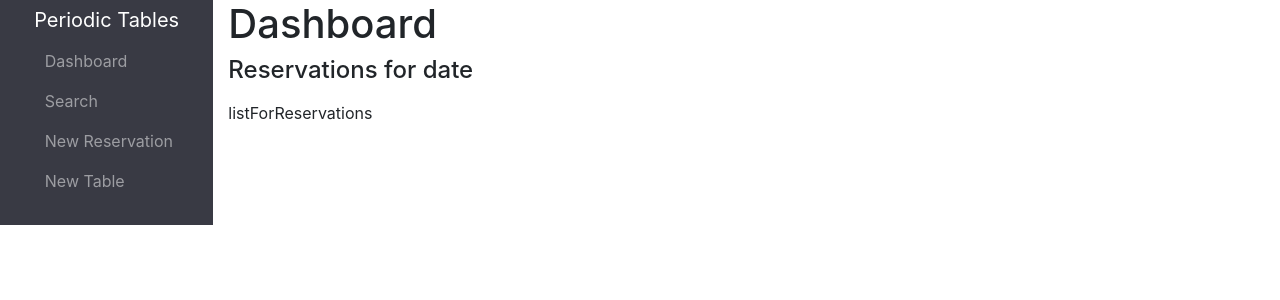
Repository: EMERIC237/resto-client
Page: /dashboard
The author's editor kept a copy of each file at every save. The page is drawn from the files as they stood at one save, then again after a run of saves.
The browser window is 1280 px wide. The pictures show the whole page.
The page's requests for data from a server got no answer. Some web fonts or font styles are not loaded; a fallback is used. The project was rebuilt for these pictures with package versions that can differ from the ones it lists, and the page was loaded fresh each time. No one was signed in, and anything a server would have sent is missing. Also part of the build but not shown: src/dashboard/Reservation.js, src/layout/ErrorAlert.js, src/layout/NotFound.js, src/reservations/ReservationForm.js, src/reservations/CreateReservation.js.

Above is the page before, as saved 2021-09-16 17:20:59.

### src/layout/Layout.js
import React from "react";
import Menu from "./Menu";
import Routes from "./Routes";

import "./Layout.css";

/**
 * Defines the main layout of the application.
 *
 * You will NOT need to make changes to this file.
 *
 * @returns {JSX.Element}
 */
function Layout() {
  return (
    <div className="container-fluid">
      <div className="row h-100">
        <div className="col-md-2 side-bar">
          <Menu />
        </div>
        <div className="col">
          <Routes />
        </div>
      </div>
    </div>
  );
}

export default Layout;

### src/layout/Menu.js
import React from "react";

import { Link } from "react-router-dom";

/**
 * Defines the menu for this application.
 *
 * @returns {JSX.Element}
 */

function Menu() {
  return (
    <nav className="navbar navbar-dark align-items-start p-0">
      <div className="container-fluid d-flex flex-column p-0">
        <Link
          className="navbar-brand d-flex justify-content-center align-items-center sidebar-brand m-0"
          to="/"
        >
          <div className="sidebar-brand-text mx-3">
            <span>Periodic Tables</span>
          </div>
        </Link>
        <hr className="sidebar-divider my-0" />
        <ul className="nav navbar-nav text-light" id="accordionSidebar">
          <li className="nav-item">
            <Link className="nav-link" to="/dashboard">
              <span className="oi oi-dashboard" />
              &nbsp;Dashboard
            </Link>
          </li>
          <li className="nav-item">
            <Link className="nav-link" to="/search">
              <span className="oi oi-magnifying-glass" />
              &nbsp;Search
            </Link>
          </li>
          <li className="nav-item">
            <Link className="nav-link" to="/reservations/new">
              <span className="oi oi-plus" />
              &nbsp;New Reservation
            </Link>
          </li>
          <li className="nav-item">
            <Link className="nav-link" to="/tables/new">
              <span className="oi oi-layers" />
              &nbsp;New Table
            </Link>
          </li>
        </ul>
        <div className="text-center d-none d-md-inline">
          <button
            className="btn rounded-circle border-0"
            id="sidebarToggle"
            type="button"
          />
        </div>
      </div>
    </nav>
  );
}

export default Menu;

### src/layout/Routes.js
import React from "react";

import { Redirect, Route, Switch } from "react-router-dom";
import Dashboard from "../dashboard/Dashboard";
import NotFound from "./NotFound";
import CreateReservation from "../reservations/CreateReservation";
import { today } from "../utils/date-time";

/**
 * Defines all the routes for the application.
 *
 * You will need to make changes to this file.
 *
 * @returns {JSX.Element}
 */
function Routes() {
  return (
    <Switch>
      <Route exact={true} path="/">
        <Redirect to={"/dashboard"} />
      </Route>
      <Route path="/reservations/new">
        {" "}
        <CreateReservation />
      </Route>
      <Route exact={true} path="/reservations">
        <Redirect to={"/dashboard"} />
      </Route>
      <Route path="/dashboard">
        <Dashboard date={today()} />
      </Route>
      <Route>
        <NotFound />
      </Route>
    </Switch>
  );
}

export default Routes;

### src/dashboard/Dashboard.js
import React, { useEffect, useState } from "react";
import { listReservations } from "../utils/api";
import Reservation from "./Reservation";
import ErrorAlert from "../layout/ErrorAlert";

/**
 * Defines the dashboard page.
 * @param date
 *  the date for which the user wants to view reservations.
 * @returns {JSX.Element}
 */
function Dashboard({ date }) {
  const [reservations, setReservations] = useState([]);
  const [reservationsError, setReservationsError] = useState(null);

  useEffect(loadDashboard, [date]);

  function loadDashboard() {
    const abortController = new AbortController();
    setReservationsError(null);
    listReservations({ date }, abortController.signal)
      .then(setReservations)
      .catch(setReservationsError);
    return () => abortController.abort();
  }

  const listForReservations = reservations.map((reservation) => (
    <Reservation key={reservation.reservation_id} reservation={reservation} />
  ));
  return (
    <main>
      <h1>Dashboard</h1>
      <div className="d-md-flex mb-3">
        <h4 className="mb-0">Reservations for date</h4>
      </div>
      <div>
      listForReservations
      </div>
    </main>
  );
}

export default Dashboard;

### src/utils/date-time.js
const dateFormat = /\d\d\d\d-\d\d-\d\d/;
const timeFormat = /\d\d:\d\d/;

/**
 * Formats a Date object as YYYY-MM-DD.
 *
 * This function is *not* exported because the UI should generally avoid working directly with Date instance.
 * You may export this function if you need it.
 *
 * @param date
 *  an instance of a date object
 * @returns {string}
 *  the specified Date formatted as YYYY-MM-DD
 */
function asDateString(date) {
  return `${date.getFullYear().toString(10)}-${(date.getMonth() + 1)
    .toString(10)
    .padStart(2, "0")}-${date.getDate().toString(10).padStart(2, "0")}`;
}

/**
 * Format a date string in ISO-8601 format (which is what is returned from PostgreSQL) as YYYY-MM-DD.
 * @param dateString
 *  ISO-8601 date string
 * @returns {*}
 *  the specified date string formatted as YYYY-MM-DD
 */
export function formatAsDate(dateString) {
  return dateString.match(dateFormat)[0];
}

/**
 * Format a time string in HH:MM:SS format (which is what is returned from PostgreSQL) as HH:MM.
 * @param timeString
 *  HH:MM:SS time string
 * @returns {*}
 *  the specified time string formatted as YHH:MM.
 */
export function formatAsTime(timeString) {
  return timeString.match(timeFormat)[0];
}

/**
 * Today's date as YYYY-MM-DD.
 * @returns {*}
 *  the today's date formatted as YYYY-MM-DD
 */
export function today() {
  return asDateString(new Date());
}

/**
 * Subtracts one day to the specified date and return it in as YYYY-MM-DD.
 * @param currentDate
 *  a date string in YYYY-MM-DD format (this is also ISO-8601 format)
 * @returns {*}
 *  the date one day prior to currentDate, formatted as YYYY-MM-DD
 */
export function previous(currentDate) {
  let [ year, month, day ] = currentDate.split("-");
  month -= 1;
  const date = new Date(year, month, day);
  date.setMonth(date.getMonth());
  date.setDate(date.getDate() - 1);
  return asDateString(date);
}

/**
 * Adds one day to the specified date and return it in as YYYY-MM-DD.
 * @param currentDate
 *  a date string in YYYY-MM-DD format (this is also ISO-8601 format)
 * @returns {*}
 *  the date one day after currentDate, formatted as YYYY-MM-DD
 */
export function next(currentDate) {
  let [ year, month, day ] = currentDate.split("-");
  month -= 1;
  const date = new Date(year, month, day);
  date.setMonth(date.getMonth());
  date.setDate(date.getDate() + 1);
  return asDateString(date);
}

### src/utils/api.js
/**
 * Defines the base URL for the API.
 * The default values is overridden by the `API_BASE_URL` environment variable.
 */
import formatReservationDate from "./format-reservation-date";
import formatReservationTime from "./format-reservation-date";

const API_BASE_URL =
  process.env.REACT_APP_API_BASE_URL || "http://localhost:5000";

/**
 * Defines the default headers for these functions to work with `json-server`
 */
const headers = new Headers();
headers.append("Content-Type", "application/json");

/**
 * Fetch `json` from the specified URL and handle error status codes and ignore `AbortError`s
 *
 * This function is NOT exported because it is not needed outside of this file.
 *
 * @param url
 *  the url for the requst.
 * @param options
 *  any options for fetch
 * @param onCancel
 *  value to return if fetch call is aborted. Default value is undefined.
 * @returns {Promise<Error|any>}
 *  a promise that resolves to the `json` data or an error.
 *  If the response is not in the 200 - 399 range the promise is rejected.
 */
async function fetchJson(url, options, onCancel) {
  try {
    const response = await fetch(url, options);

    if (response.status === 204) {
      return null;
    }

    const payload = await response.json();

    if (payload.error) {
      return Promise.reject({ message: payload.error });
    }
    return payload.data;
  } catch (error) {
    if (error.name !== "AbortError") {
      console.error(error.stack);
      throw error;
    }
    return Promise.resolve(onCancel);
  }
}

/**
 * Retrieves all existing reservation.
 * @returns {Promise<[reservation]>}
 *  a promise that resolves to a possibly empty array of reservation saved in the database.
 */

export async function listReservations(params, signal) {
  const url = new URL(`${API_BASE_URL}/reservations`);
  Object.entries(params).forEach(([key, value]) =>
    url.searchParams.append(key, value.toString())
  );
  return await fetchJson(url, { headers, signal }, [])
    .then(formatReservationDate)
    .then(formatReservationTime);
}

/**
 * Create a new reservation
 * @param reservation
 *  the reservation to save, which must not have an `id` property
 * @param signal
 *  optional AbortController.signal
 * @returns {Promise<reservation>}
 *  a promise that resolves the saved reservation, which will now have an `reservation_id` property.
 */

export async function createReservation(reservation, signal) {
  const url = `${API_BASE_URL}/reservations`;
  const options = {
    method: "POST",
    headers,
    body: JSON.stringify({ data: reservation }),
    signal,
  };
  return await fetchJson(url, options);
}

/**
 * Retrieves the reservation with the specified `reservation_id`
 * @param reservation_id
 *  the `id` property matching the desired reservation.
 * @param signal
 *  optional AbortController.signal
 * @returns {Promise<any>}
 *  a promise that resolves to the saved reservation.
 */
export async function readReservation(reservation_id, signal) {
  const url = `${API_BASE_URL}/reservations/${reservation_id}`;
  return await fetchJson(url, { signal }, {});
}

/**
 * Updates an existing reservation
 * @param updatedReservation
 *  the reservation to save, which must have an `reservation_id` property.
 * @param signal
 *  optional AbortController.signal
 * @returns {Promise<Error|*>}
 *  a promise that resolves to the updated reservation.
 */
export async function updateReservation(updatedReservation, signal) {
  const url = `${API_BASE_URL}/reservations/${updatedReservation.reservation_id}`;
  const options = {
    method: "PUT",
    headers,
    body: JSON.stringify({ data: updatedReservation }),
    signal,
  };
  return await fetchJson(url, options, updatedReservation);
}

/**
 * Updates the status of an existing reservation
 * @param status
 *  the new status value to be updated
 * @param reservation_id
 *  the `reservation_id` property matching the reservation on wish the status should be changed.
 * @param signal
 *  optional AbortController.signal
 * @returns {Promise<Error|*>}
 *  a promise that resolves to the updated reservation.
 */
export async function updateReservationStatus(reservation_id, status, signal) {
  const url = `${API_BASE_URL}/reservations/${reservation_id}/status`;
  const options = {
    method: "PUT",
    headers,
    body: JSON.stringify({ data: status }),
    signal,
  };
  return await fetchJson(url, options, status);
}

/**
 * Retrieves all existing tables.
 * @returns {Promise<[tables]>}
 *  a promise that resolves to a possibly empty array of tables saved in the database.
 */

export async function listTables(signal) {
  const url = new URL(`${API_BASE_URL}/tables`);
  return await fetchJson(url, { headers, signal }, []);
}

/**
 * Create a new table
 * @param table
 *  the table to save, which must not have an `table_id` property
 * @param signal
 *  optional AbortController.signal
 * @returns {Promise<table>}
 *  a promise that resolves the saved table, which will now have an `table_id` property.
 */

export async function createTable(table, signal) {
  const url = `${API_BASE_URL}/tables`;
  const options = {
    method: "POST",
    headers,
    body: JSON.stringify({ data: table }),
    signal,
  };
  return await fetchJson(url, options);
}

/**
 * Assign a reservation to a table using @argument reservation_id;
 * @param reservation
 *  the reservation to assign to the table,
 * @param table_id
 * the id of the target table
 * @param signal
 *  optional AbortController.signal
 * @returns {Promise<reservation>}
 *  a promise that resolves the saved reservation, which will now have an `id` property.
 */

export async function AssignTable(table_id, reservation, signal) {
  const url = `${API_BASE_URL}/${table_id}/seat/`;
  const options = {
    method: "PUT",
    headers,
    body: JSON.stringify({ data: reservation.reservation_id }),
    signal,
  };
  return await fetchJson(url, options);
}

/**
 * Unassign a reservation from a table;
 * @param table_id
 * the id of the target table
 * @param signal
 *  optional AbortController.signal
 * @returns {Promise<reservation>}
 *  a promise that resolves the saved reservation, which will now have an `id` property.
 */

export async function UnassignTable(table_id, signal) {
  const url = `${API_BASE_URL}/${table_id}/seat/`;
  const options = { method: "DELETE", signal };
  return await fetchJson(url, options);
}

Loaded but not shown: public/index.html (common file); src/index.js (common file); src/App.js (common file); src/layout/Layout.css (common file); src/utils/format-reservation-date.js (common file)

After the next 3 saves:
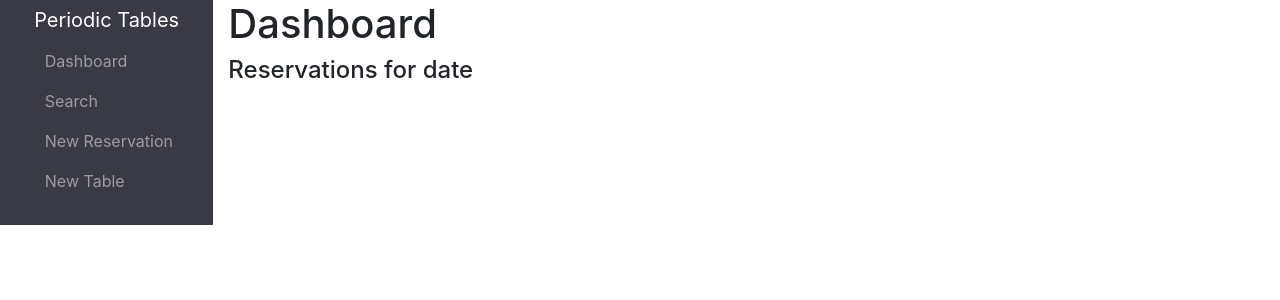
The 3 saves are shown as one change because they came seconds apart.
The last was saved 10 s later.
--- a/src/dashboard/Dashboard.js
+++ b/src/dashboard/Dashboard.js
@@ -33,9 +33,7 @@ function Dashboard({ date }) {
       <div className="d-md-flex mb-3">
         <h4 className="mb-0">Reservations for date</h4>
       </div>
-      <div>
-      listForReservations
-      </div>
+      <div>{listForReservations}</div>
     </main>
   );
 }
